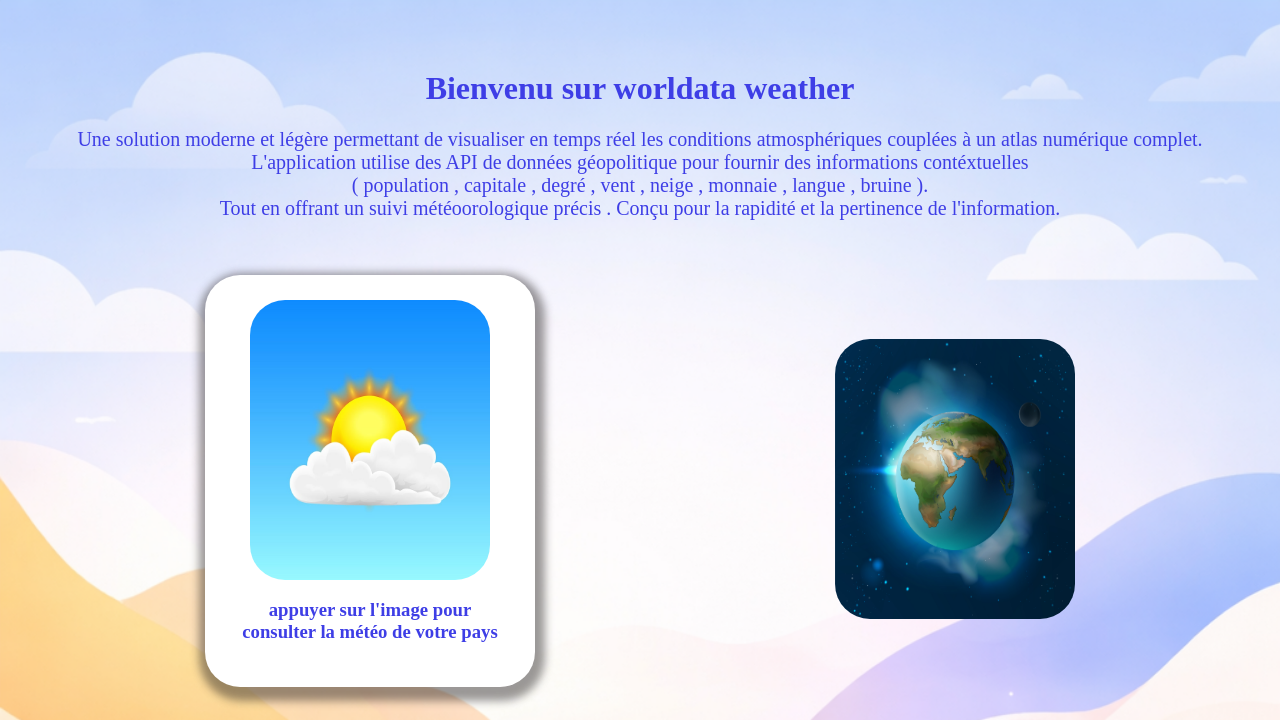
Repository: assanendao171/meteo
Page: index.html
An editor plug-in stored every save of this project. The page is shown before and after the next save, followed by the edit.
The browser window is 1280 px wide. The pictures show the whole page.

Above is the page before, as saved 2026-03-18 17:20:21.

### index.html
<!DOCTYPE html>
<html lang="en">
<head>
    <meta charset="UTF-8">
    <meta name="viewport" content="width=device-width, initial-scale=1.0">
    <title>Document</title>
    <link rel="stylesheet" href="style.css">
</head>
<body>
    <h1>Bienvenu sur worldata weather</h1>
    <p>Une solution moderne et légère permettant de visualiser en temps réel les conditions atmosphériques couplées à un atlas numérique
        complet. <br> L'application utilise des API de données géopolitique pour fournir des informations contéxtuelles <br>
        ( population , capitale , degré , vent , neige , monnaie , langue , bruine ). <br>
        Tout en offrant un suivi météoorologique précis . Conçu pour la rapidité et la  pertinence de l'information.
    </p>
    <div id="contain">
        <div id="img1">
            <img src="acceuil.jpg" alt="meteo">
<h3>appuyer sur l'image pour consulter la météo de votre pays</h3>
        </div>
        <div id="ima2">
<img src="18966224.jpg" alt="la terre">

        </div>
    </div>
</body>
</html>

### style.css
body{
    background-image: url("fondacceuil.png");
    background-size: cover;
    background-repeat: no-repeat;
}
img{
    width: 240px;
    height: 280px;
    border-radius: 35px;
}
img:hover{
transform: scale(1.1);
transition: 1.5s;
}
h1{
    text-align: center;
    color: rgb(62, 62, 230);
    font-size:2rem;
        margin-top: 70px;

}
#contain{
    display: flex;
    gap: 300px;
flex-direction: row;
justify-content: center;
align-items: center;
margin-top:55px
}
p{
        font-size: 20px;
    text-align: center;
    color: rgb(62, 62, 230);
}
#img1{
    width: 280px;
    height: auto;
    padding:25px;
    background-color: white;
    display: flex;
    flex-direction: column;
    justify-content: center;
    align-items: center;
    border-radius: 35px;
    box-shadow: rgba(31, 28, 28, 0.445) 2px 6px 8px 8px;

}
h3{
        text-align: center;
    color: rgb(62, 62, 230);
}

After the next save:
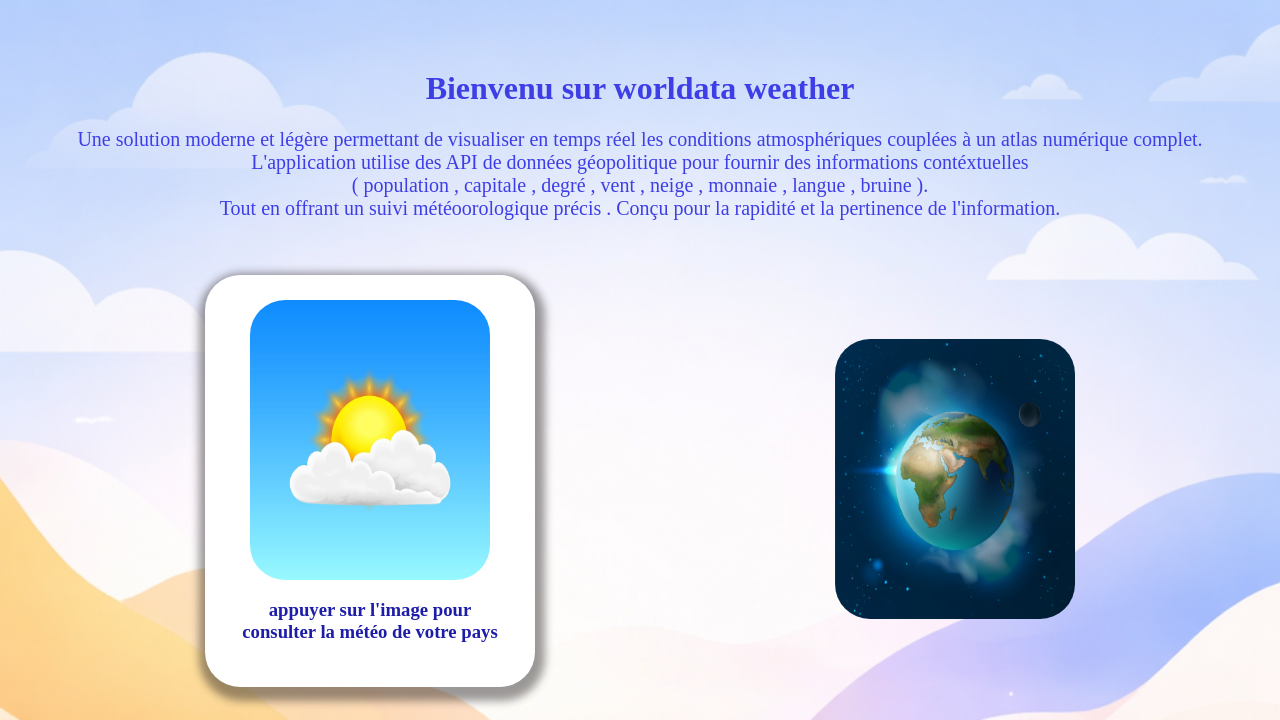
Saved 8 s later.
--- a/style.css
+++ b/style.css
@@ -47,5 +47,5 @@ p{
 }
 h3{
         text-align: center;
-    color: rgb(62, 62, 230);
+    color: rgb(29, 29, 168);
 }
